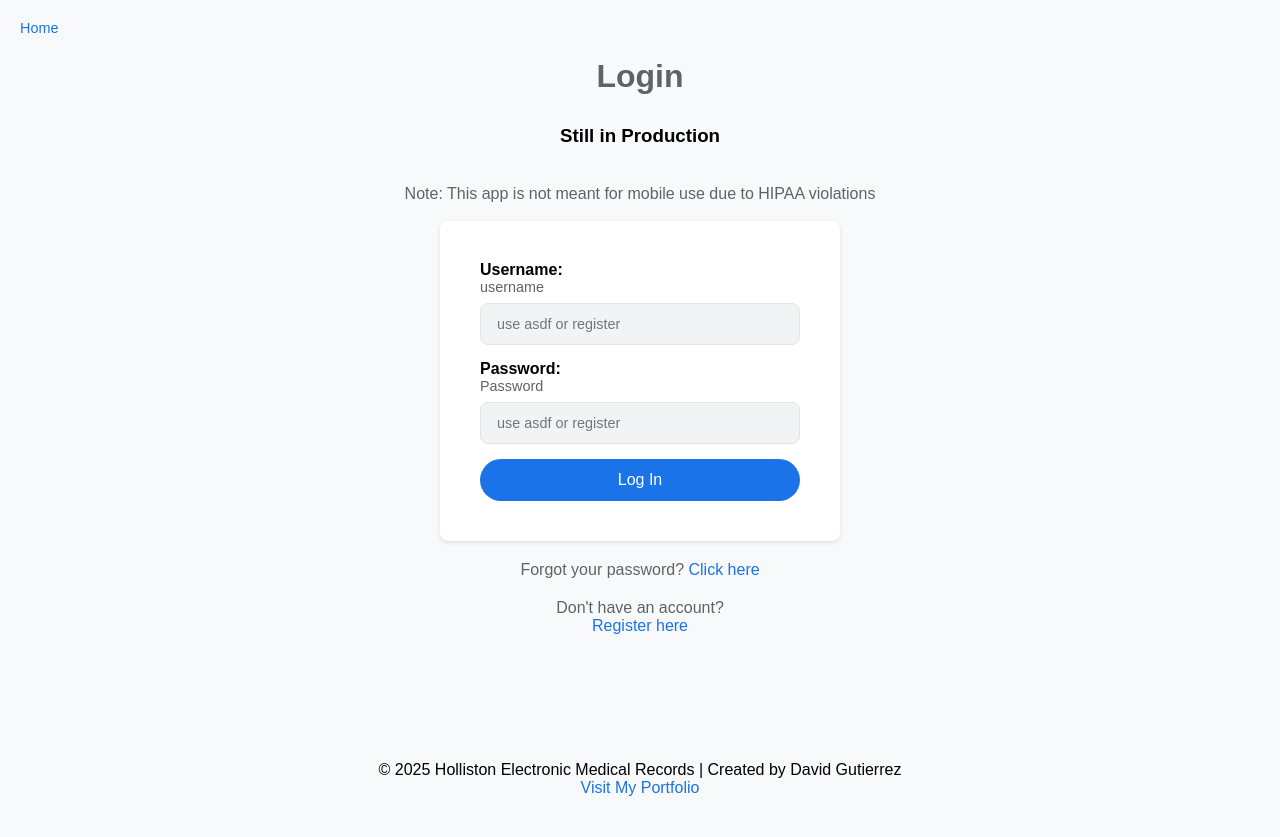
Repository: DavidG626/Flask-Project
Page: http://localhost/login?next=%2Fcpt%2Fcpt_codes
An editor plug-in stored every save of this project. The page is shown before and after the next save, followed by the edit.
The browser window is 1280 px wide. The pictures show the whole page.
The page is served by the project's application, run on Flask 3 (tempCodeRunnerFile.py).

Above is the page before, as saved 2025-03-11 12:23:35.

After the next save:
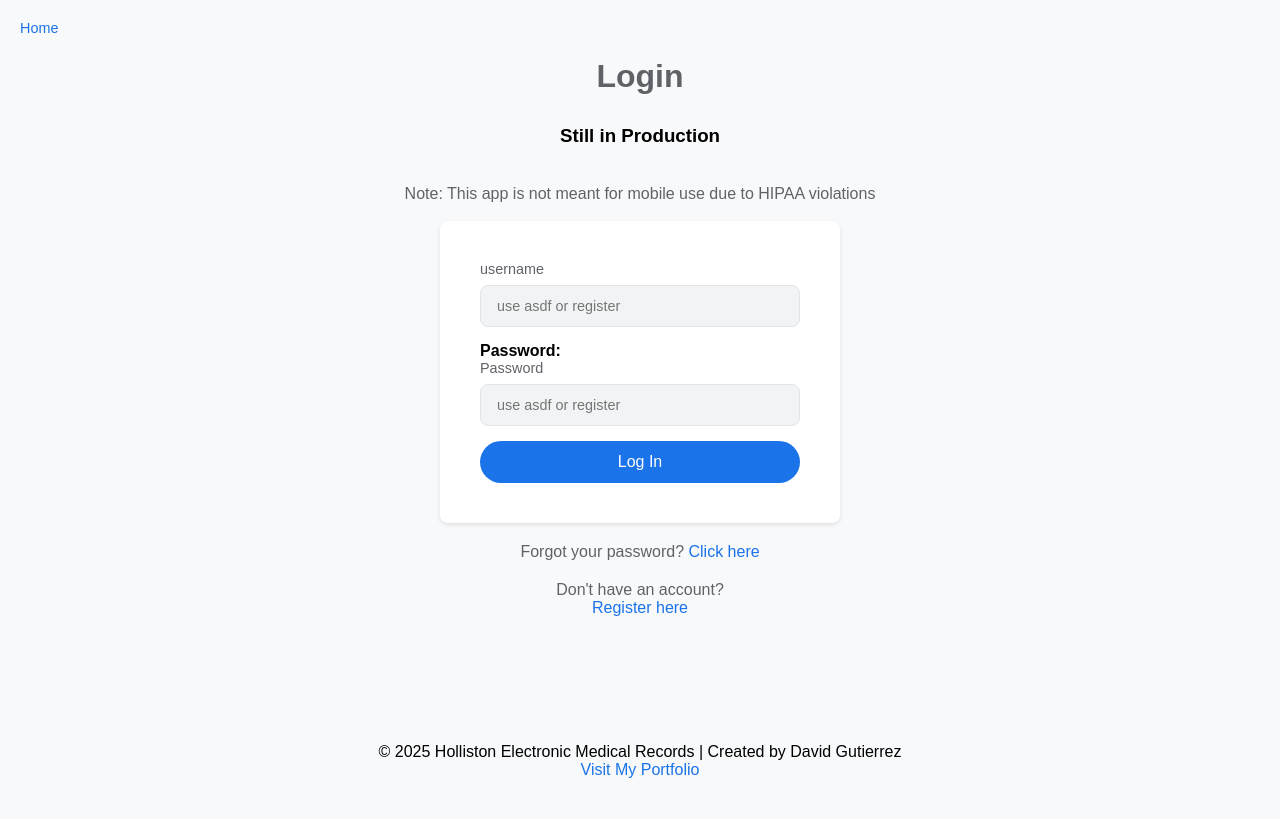
Saved 15 s later.
--- a/templates/login.html
+++ b/templates/login.html
@@ -31,7 +31,7 @@
 
         <legend>Login</legend>
           <!-- Render Username Field -->
-          <h4>Username:</h4>
+
           <div>
             {{ form.username.label(class="form-label") }}
             {{ form.username(class="form-input", placeholder="use asdf or register") }}

After the 3 saves that followed:
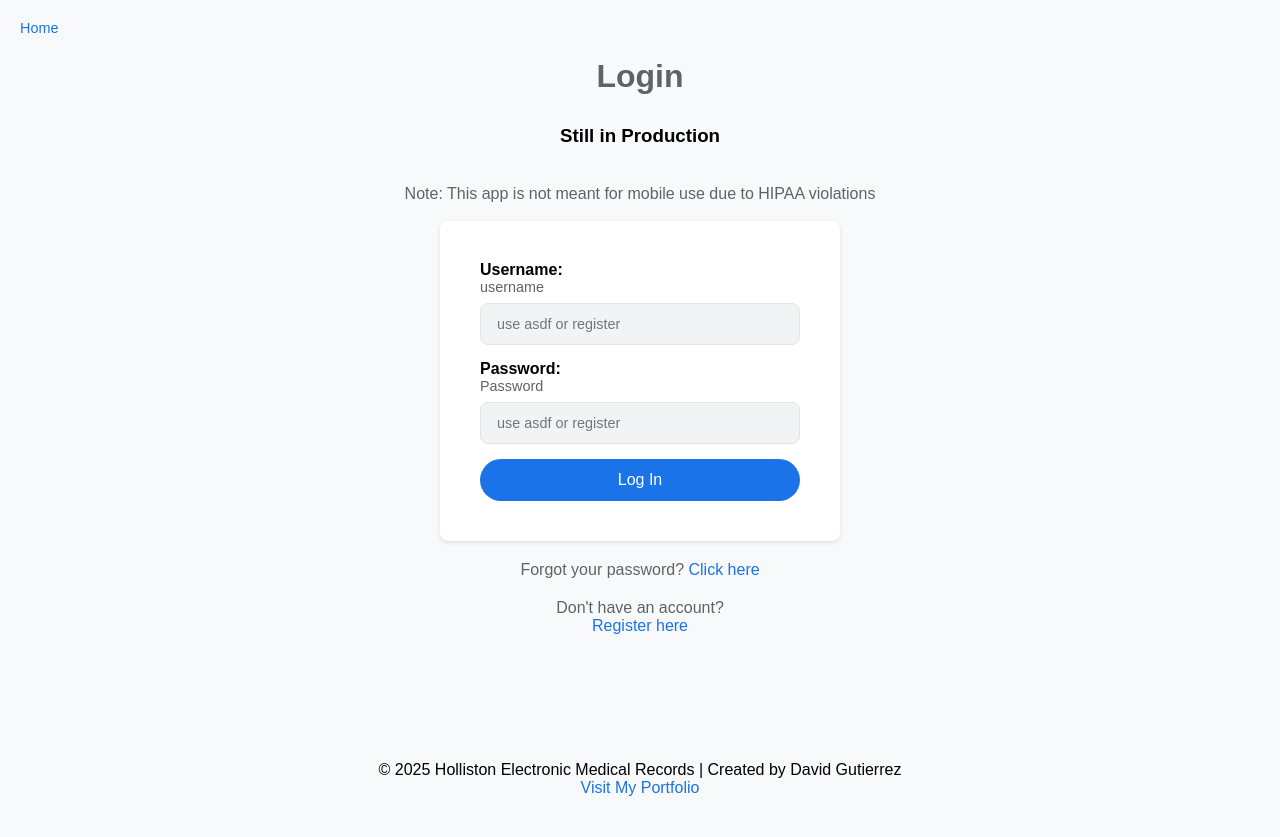
The 3 saves are shown as one change because 1 left the picture as it was and some came seconds apart.
The last was saved 13 s later.
--- a/templates/login.html
+++ b/templates/login.html
@@ -31,7 +31,7 @@
 
         <legend>Login</legend>
           <!-- Render Username Field -->
-
+          <h4>Username:</h4>
           <div>
             {{ form.username.label(class="form-label") }}
             {{ form.username(class="form-input", placeholder="use asdf or register") }}
